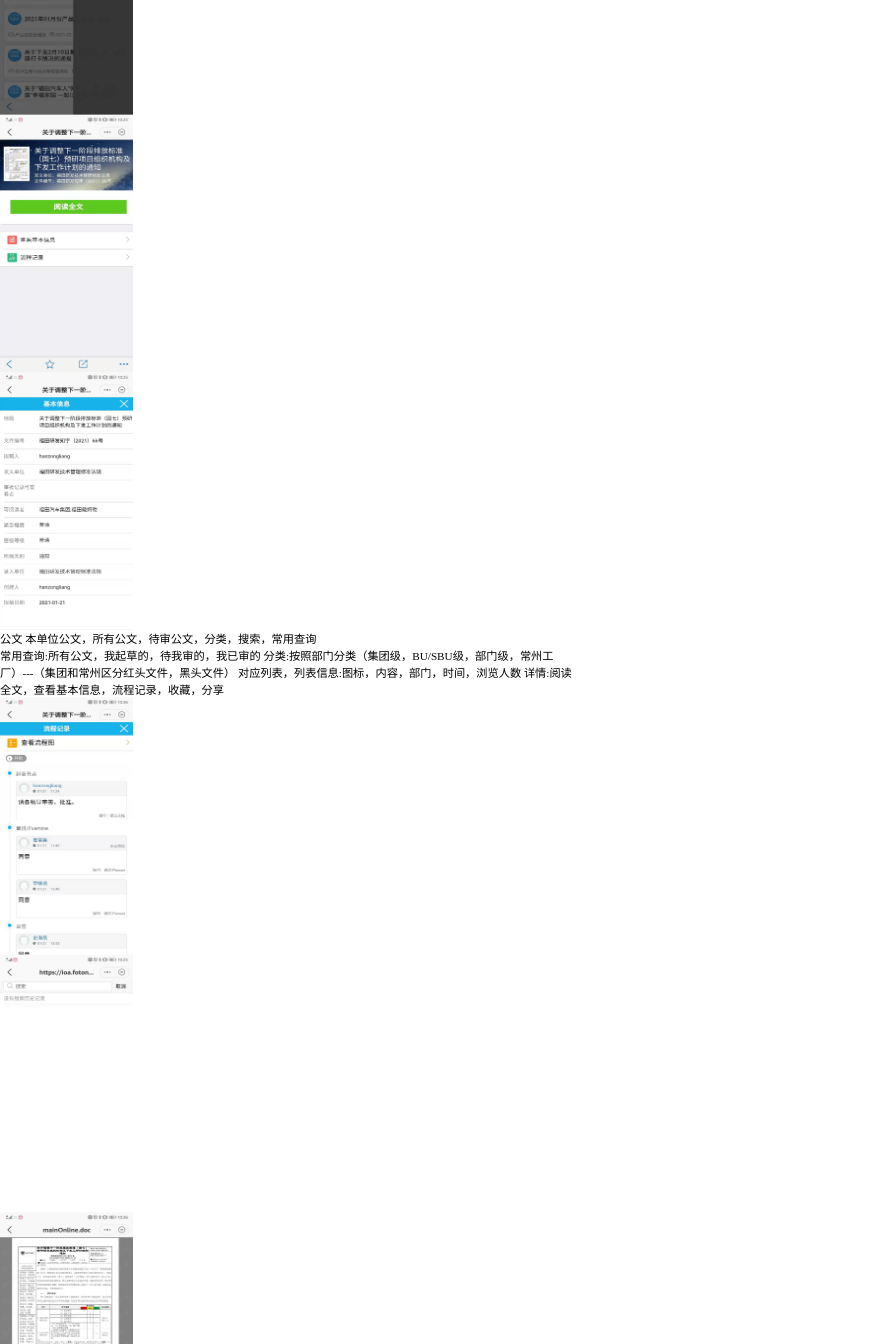
Repository: ch230/2021
Page: A.html
An editor plug-in stored every save of this project. The page is shown before and after the next save, followed by the edit.
The browser window is 1280 px wide. The pictures show the part of the page from y = 1380 to 3300 px (the page is 11820 px tall), at 70% of full size.

Above is the page before, as saved 2021-02-15 14:42:24.

After the next save:
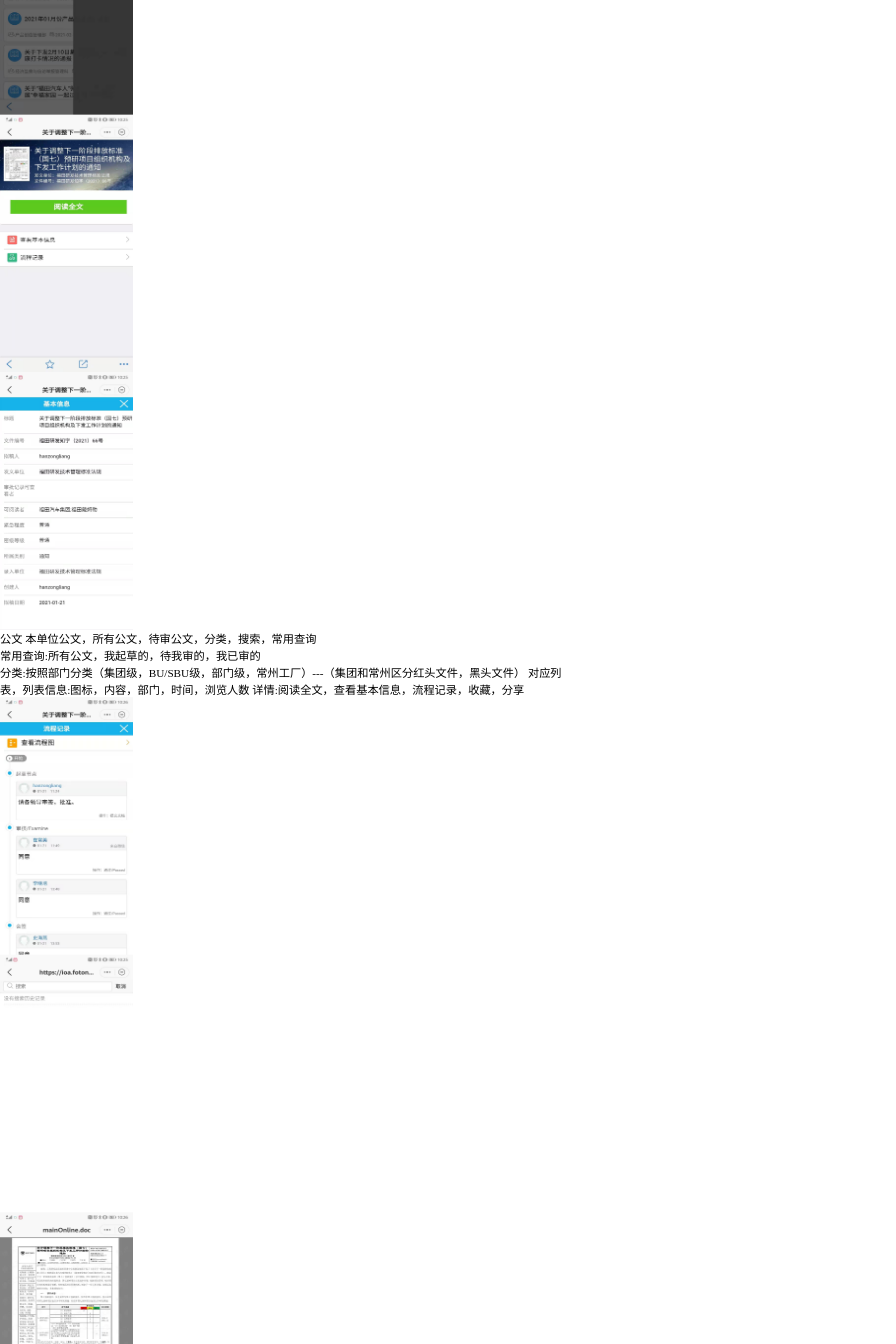
Saved 6 s later.
--- a/A.html
+++ b/A.html
@@ -72,7 +72,7 @@
       <div id="items">
         <div>
           <p>公文 本单位公文，所有公文，待审公文，分类，搜索，常用查询</p>
-          常用查询:所有公文，我起草的，待我审的，我已审的
+          <p>常用查询:所有公文，我起草的，待我审的，我已审的</p>
           分类:按照部门分类（集团级，BU/SBU级，部门级，常州工厂）---（集团和常州区分红头文件，黑头文件）
           对应列表，列表信息:图标，内容，部门，时间，浏览人数
           详情:阅读全文，查看基本信息，流程记录，收藏，分享
